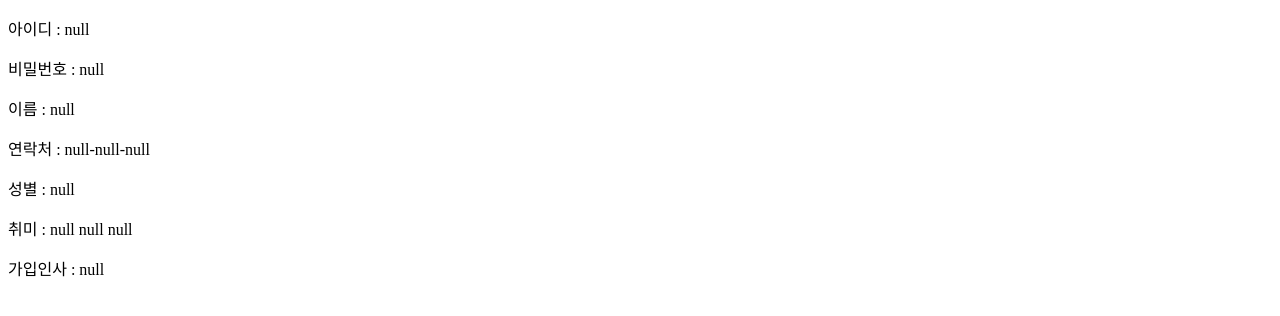
Repository: 6dreamhigh/jsp
Page: http://localhost/JSPBook/ch06/signup.jsp
The author's editor kept a copy of each file at every save. The page is drawn from the files as they stood at one save, then again after the next save.
The browser window is 1280 px wide. The pictures show the whole page.
The page is served by Tomcat 9.

Above is the page before, as saved 2024-08-13 03:11:52.

After the next save:
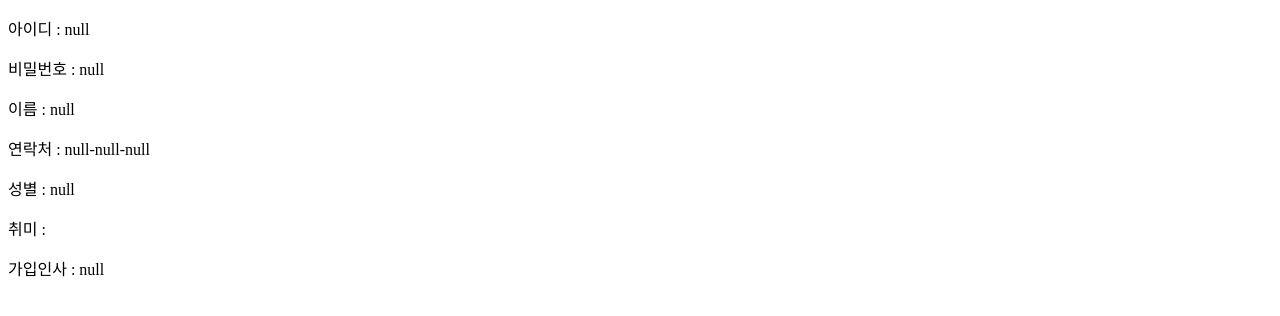
Saved 2 min 20 s later.
--- a/JSPBook/src/main/webapp/ch06/signup.jsp
+++ b/JSPBook/src/main/webapp/ch06/signup.jsp
@@ -17,9 +17,7 @@
 		String phone2 = request.getParameter("phone2");
 		String phone3 = request.getParameter("phone3");
 		String sex = request.getParameter("sex");
-		String hobby1 = request.getParameter("hobby1");
-		String hobby2 = request.getParameter("hobby2");
-		String hobby3 = request.getParameter("hobby3");
+		String[] hobby = request.getParameterValues("hobby");
 		String comment = request.getParameter("comment");
 	%>
 
@@ -28,7 +26,13 @@
 		<p>이름 : <%=name %>
 		<p>연락처 : <%=phone1 %>-<%=phone2%>-<%=phone3%>
 		<p>성별 : <%=sex %>
-		<p>취미 : <%=hobby1 %> <%=hobby2 %>  <%=hobby3 %>
+		<p>취미 : <%
+				if(hobby != null){
+					for(int i=0;i< hobby.length;i++){
+						out.println(" "+ hobby[i]);
+					}
+				}
+			%>
 		<p>가입인사 : <%=comment %>
 
 </body>
